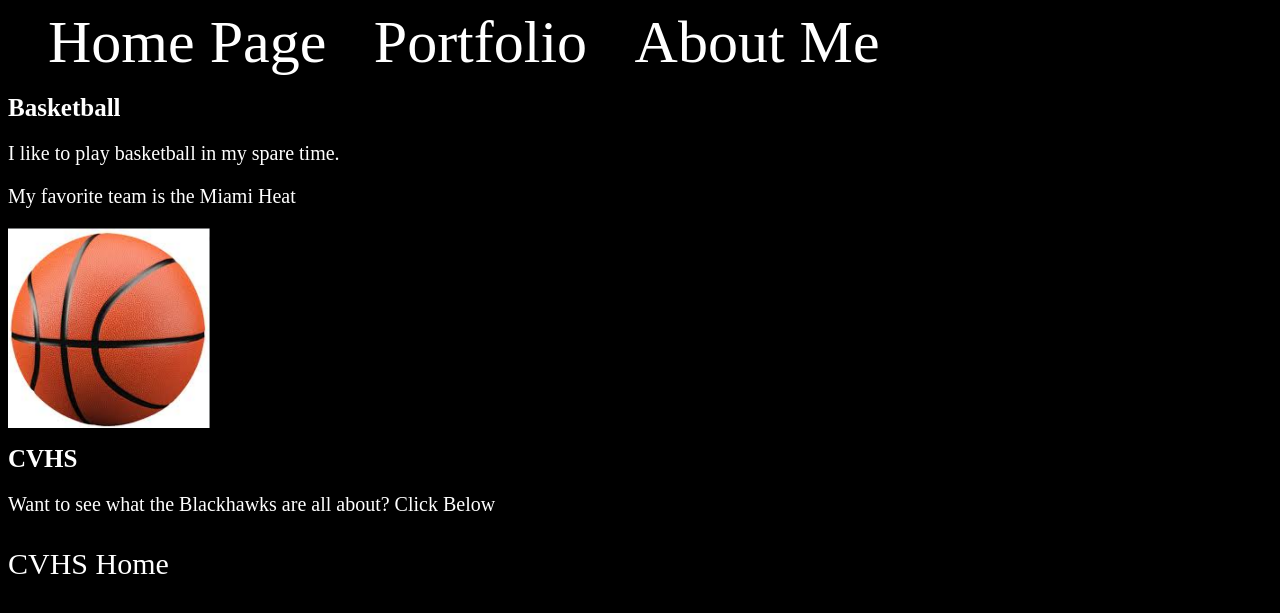
Repository: jacobhayman22/jacobhayman22.github.io
Page: about.html
The author's editor kept a record of every edit. The page is drawn from the files as they stood at one moment, then again after the next edit.
The browser window is 1280 px wide. The pictures show the whole page.

Above is the page before.

### about.html
<html>
    <head>
        <title>About Me</title>
           <link rel="stylesheet" type="text/css" href="style.css">
    </head>
    <body>
    <ul>
        <li> <a href="index.html">Home Page</a></li>
        <li> <a href="portfolio.html">Portfolio</a></li>
        <li> <a href="about.html">About Me</a></li>
    </ul>

    <h1> Basketball </h1>
    <p>I like to play basketball in my spare time. </p>
    <p>My favorite team is the Miami Heat </p>
    <img src="styles\img\basketball.PNG" alt="crestline" height="200">

    <h1> CVHS </h1>
    <p>Want to see what the Blackhawks are all about? Click Below</p>
    <br>
    <a href="https://www.redlandsusd.net/cvhs">CVHS Home</a>

</body>
</html>

### style.css


  /*body { */
    /*    background-color: black;*/
    /*    font-size: 10px;*/
    /*        }*/
    /*        a {*/
    /*            font-size: 3em;*/
    /*        }*/

    /*        a:link, a:visited {*/
    /*            color: white;*/
    /*        }*/
 body {
      background-color:black;
      list-style: none;
      font-size:10px;
 }
  a {
   color: white;
   font-size: 3em;
   text-decoration: none;
  }

   li {
    display: inline;
    padding-right: 20px;
    margin-right: 25px;
   }

   p {
    color:white ;
   font-size: 2em;
   }
   h1{
    color:white ;
    font-size: 2.5em;
   }
   li{
    color:white ;
    font-size: 2em
   }
   h2{
    color:white ;
    font-size: 2.5em;
   }

After the next edit:
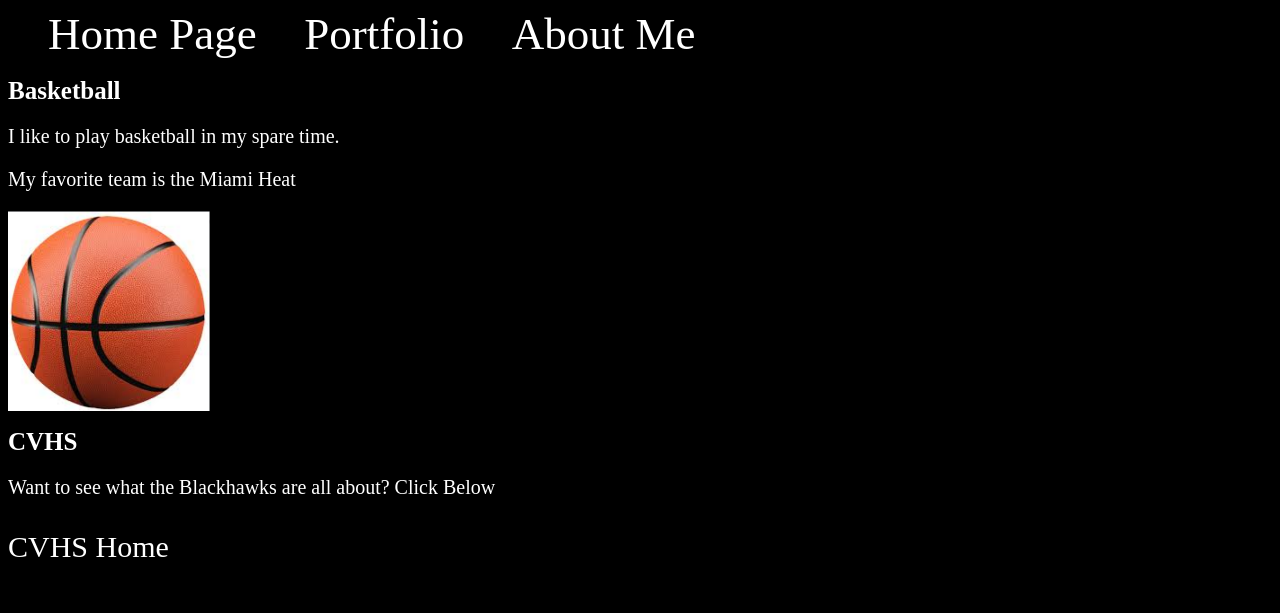
The edit:
--- a/style.css
+++ b/style.css
@@ -38,7 +38,7 @@
    }
    li{
     color:white ;
-    font-size: 2em
+    font-size: 1.5em
    }
    h2{
     color:white ;

After the 2 edits that followed:
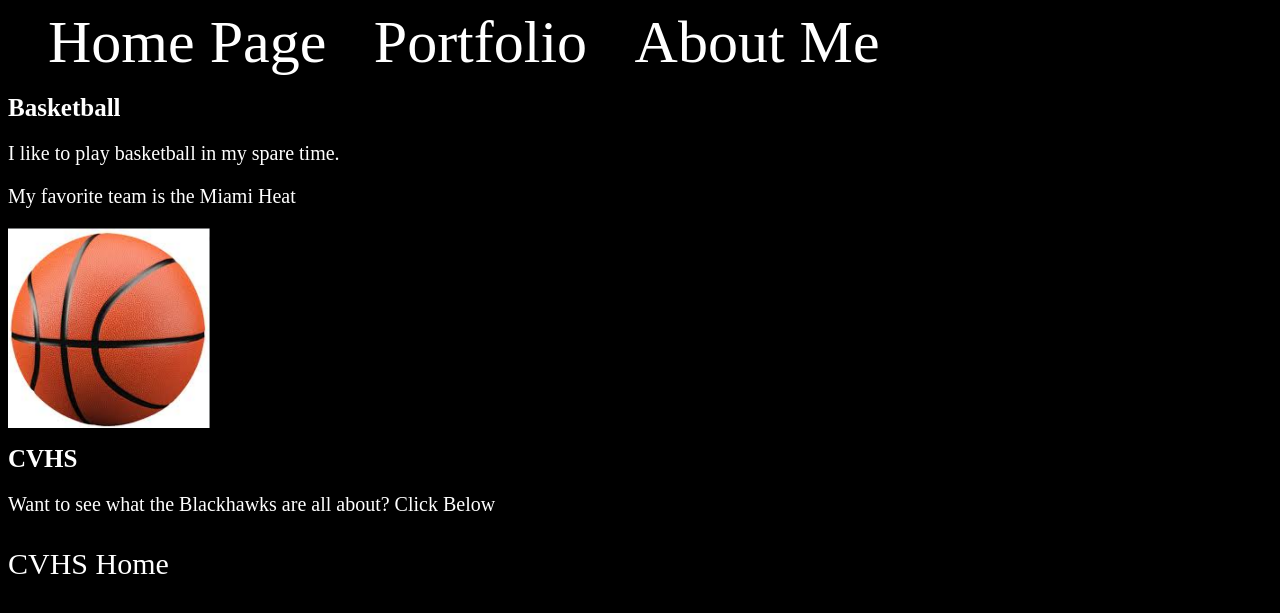
The 2 edits are shown as one change because 1 left the picture as it was.
The edit:
--- a/style.css
+++ b/style.css
@@ -38,9 +38,9 @@
    }
    li{
     color:white ;
-    font-size: 1.5em
+    font-size: 2em
    }
    h2{
     color:white ;
-    font-size: 2.5em;
+    font-size: 2em;
    }
